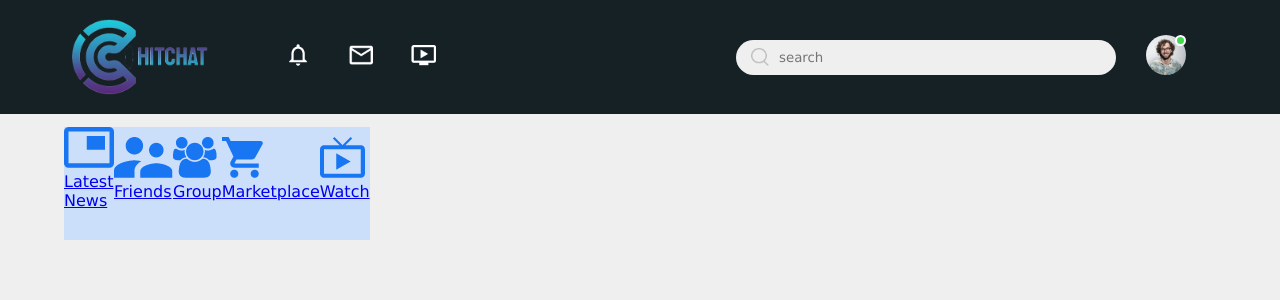
Repository: omarhasnain/ChitChat
Page: index.html
The author's editor kept a copy of each file at every save. The page is drawn from the files as they stood at one save, then again after the next save.
The browser window is 1280 px wide. The pictures show the whole page.

Above is the page before, as saved 2021-07-11 16:11:33.

After the next save:
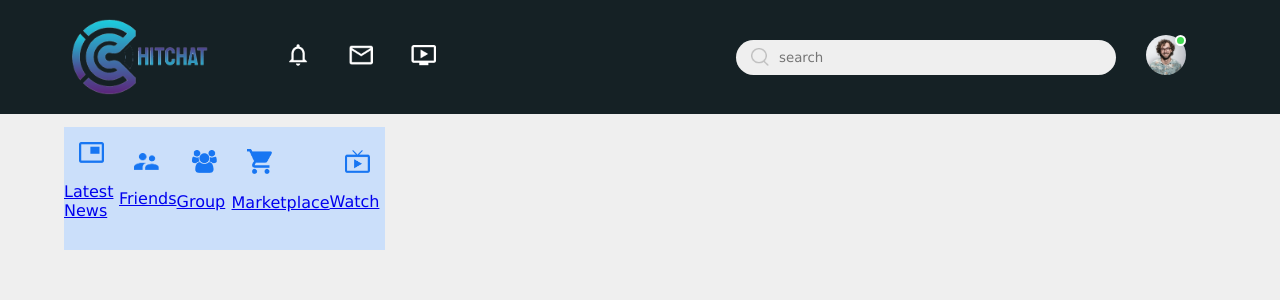
Saved 43 s later.
--- a/style.css
+++ b/style.css
@@ -123,3 +123,8 @@
     color: #626262;
     width: fit-content;
 }
+
+.important-links img {
+    width: 25px;
+    margin: 15px;
+}
